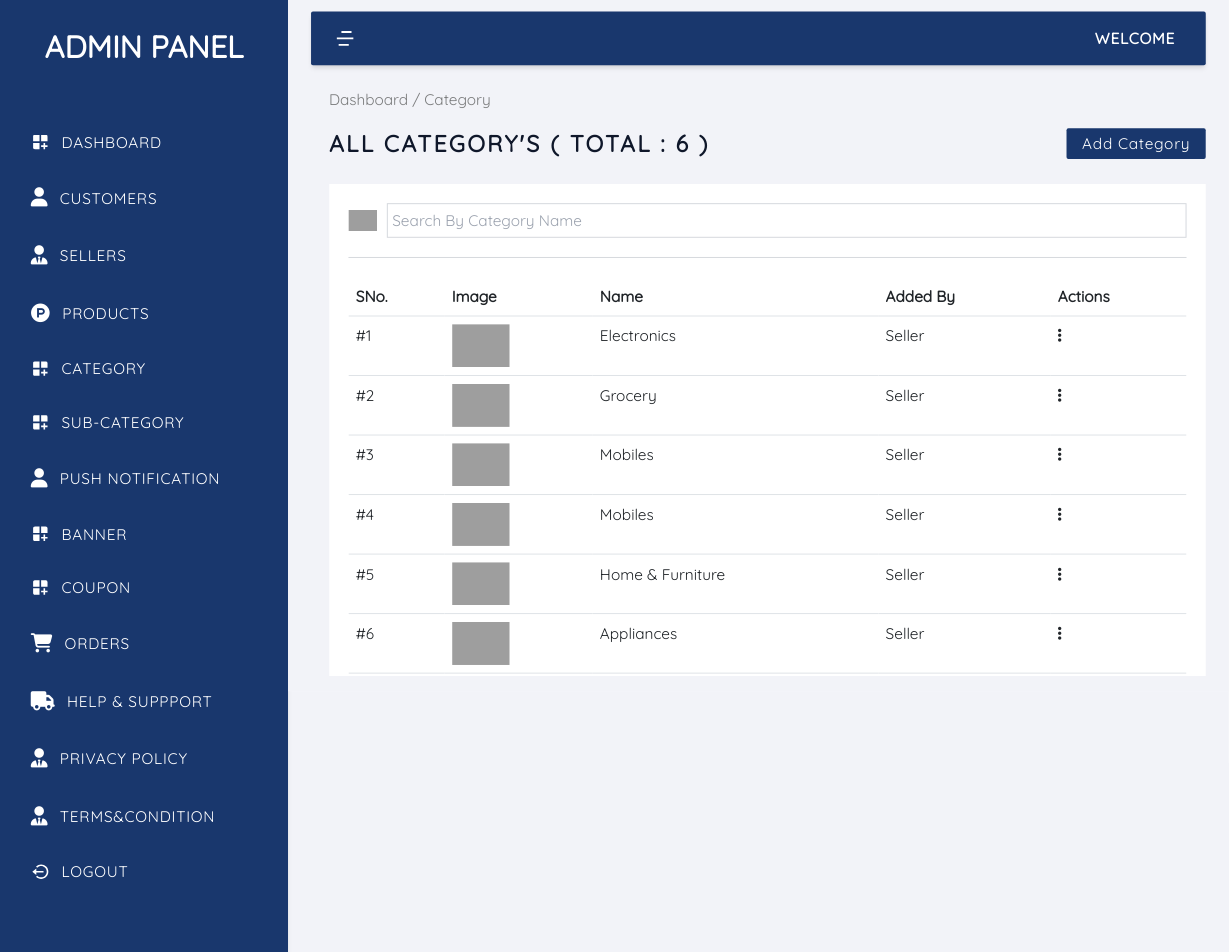
Repository: shishpal2000/admin.aschpro
Page: /Category
An editor plug-in stored every save of this project. The page is shown before and after the next save, followed by the edit.
The browser window is 1280 px wide. The pictures show the whole page, at 96% of full size.
Pictures or frames that could not be fetched are drawn as grey boxes. An inner scrolling area shows only its first screen. Some web libraries are served in a nearby version. The project was rebuilt for these pictures with package versions that can differ from the ones it lists, and the page was loaded fresh each time. Also part of the build but not shown: src/E-CommerceAdmin/forms/Login.jsx, src/E-CommerceAdmin/pages/Dashboard.jsx, src/E-CommerceAdmin/pages/EProduct.js, src/E-CommerceAdmin/pages/EVendorList.js, src/E-CommerceAdmin/pages/EAdminOrders.js, src/E-CommerceAdmin/pages/EAdminDelivery.js, src/E-CommerceAdmin/pages/EAdminCustomer.js, src/E-CommerceAdmin/pages/ESubCategory.js and 7 more. Imported but missing from the stored project, and not drawn on this page: src/E-CommerceAdmin/pages/Component/SpinnerComp.

Above is the page before, as saved 2023-06-28 18:23:19.

After the next save:
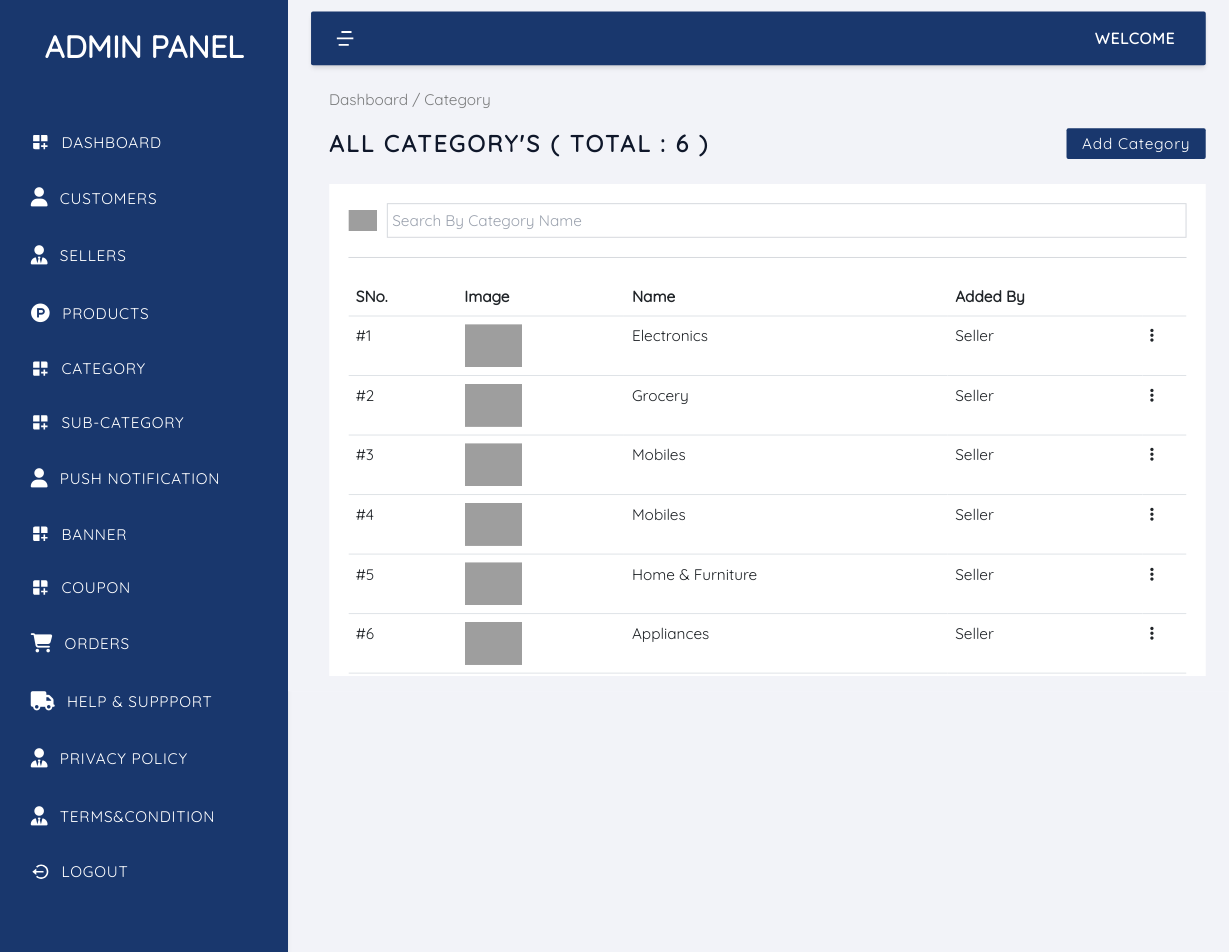
Saved 34 s later.
--- a/src/E-CommerceAdmin/pages/ECategory.js
+++ b/src/E-CommerceAdmin/pages/ECategory.js
@@ -169,7 +169,7 @@
                       <th>Image</th>
                       <th>Name</th>
                       <th>Added By</th>
-                      <th>Actions</th>
+                      <th></th>
                     </tr>
                   </thead>
                   <tbody>
